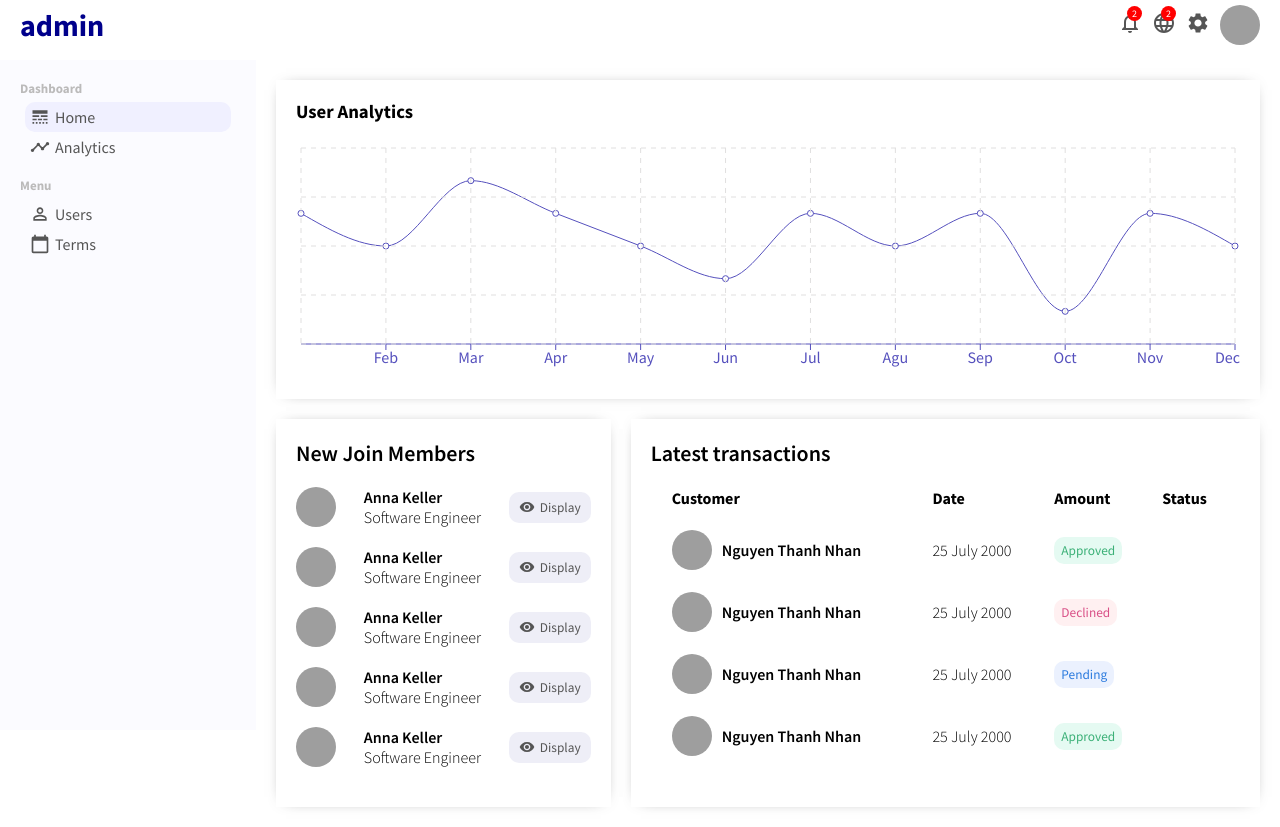
Repository: NguyenThanhNhan2507/PageQA
Page: /
An editor plug-in stored every save of this project. The page is shown before and after the next save, followed by the edit.
The browser window is 1280 px wide. The pictures show the whole page.
Pictures or frames that could not be fetched are drawn as grey boxes. The project was rebuilt for these pictures with package versions that can differ from the ones it lists, and the page was loaded fresh each time. Also part of the build but not shown: src/pages/userList/userList.css, src/pages/userList/UserList.jsx, src/pages/user/user.css, src/pages/user/User.jsx, src/pages/newUser/newUser.css, src/pages/newUser/NewUser.jsx, src/pages/productList/productList.css, src/pages/productList/ProductList.jsx and 4 more.

Above is the page before, as saved 2022-03-29 16:03:21.

### src/components/sidebar/Sidebar.jsx
import "./sidebar.css";
import {
  LineStyle,
  Timeline,
  PermIdentity,
  CalendarToday
} from "@material-ui/icons";
import { Link } from "react-router-dom";
export default function Sidebar() {
  return (
    <div className="sidebar">
      <div className="sidebarWrapper">
        <div className="sidebarMenu">
          <h3 className="sidebarTitle">Dashboard</h3>
          <ul className="sidebarList">
            <Link to="/" className="link">
            <li className="sidebarListItem active">
              <LineStyle className="sidebarIcon" />
              Home
            </li>
            </Link>
            <li className="sidebarListItem">
              <Timeline className="sidebarIcon" />
              Analytics
            </li>
          </ul>
        </div>
        <div className="sidebarMenu">
          <h3 className="sidebarTitle"> Menu</h3>
          <ul className="sidebarList">
            <Link to="/users" className="link">
              <li className="sidebarListItem">
                <PermIdentity className="sidebarIcon" />
                Users
              </li>
            </Link>
            <Link to="/products" className="link">
              <li className="sidebarListItem">
                <CalendarToday className="sidebarIcon" />
                Terms
              </li>
            </Link>
          </ul>
        </div>
      </div>
    </div>
  );
}

### src/components/topbar/Topbar.jsx
import React from "react";
import "./topbar.css";
import { NotificationsNone, Language, Settings } from "@material-ui/icons";

export default function Topbar() {
  return (
    <div className="topbar">
      <div className="topbarWrapper">
        <div className="topLeft">
          <span className="logo">admin</span>
        </div>
        <div className="topRight">
          <div className="topbarIconContainer">
            <NotificationsNone />
            <span className="topIconBadge">2</span>
          </div>
          <div className="topbarIconContainer">
            <Language />
            <span className="topIconBadge">2</span>
          </div>
          <div className="topbarIconContainer">
            <Settings />
          </div>
          <img src="https://images.pexels.com/photos/1526814/pexels-photo-1526814.jpeg?auto=compress&cs=tinysrgb&dpr=2&w=500" alt="" className="topAvatar" />
        </div>
      </div>
    </div>
  );
}

### src/pages/home/Home.jsx
import Chart from "../../components/chart/Chart";
import "./home.css";
import { userData } from "../../dummyData";
import WidgetSm from "../../components/widgetSm/WidgetSm";
import WidgetLg from "../../components/widgetLg/WidgetLg";

export default function Home() {
  return (
    <div className="home">
      <Chart data={userData} title="User Analytics" grid dataKey="Active User"/>
      <div className="homeWidgets">
        <WidgetSm/>
        <WidgetLg/>
      </div>
    </div>
  );
}

### src/components/topbar/topbar.css
.topbar {
  width: 100%;
  height: 50px;
  background-color: white;
  position: sticky;
  top: 0;
  z-index: 999;
}

.topbarWrapper {
  height: 100%;
  padding: 0px 20px;
  display: flex;
  align-items: center;
  justify-content: space-between;
}

.logo {
  font-weight: bold;
  font-size: 30px;
  color: darkblue;
  cursor: pointer;
}

.topRight{
    display: flex;
    align-items: center;
}

.topbarIconContainer {
  position: relative;
  cursor: pointer;
  margin-right: 10px;
  color: #555;
}

.topIconBadge{
    width: 15px;
    height: 15px;
    position: absolute;
    top: -5px;
    right: 0px;
    background-color: red;
    color: white;
    border-radius: 50%;
    display: flex;
    align-items: center;
    justify-content: center;
    font-size: 10px;
}

.topAvatar{
    width: 40px;
    height: 40px;
    border-radius: 50%;
    cursor: pointer;
}

### src/dummyData.js
export const userData = [
    {
      name: "Jan",
      "Active User": 4000,
    },
    {
      name: "Feb",
      "Active User": 3000,
    },
    {
      name: "Mar",
      "Active User": 5000,
    },
    {
      name: "Apr",
      "Active User": 4000,
    },
    {
      name: "May",
      "Active User": 3000,
    },
    {
      name: "Jun",
      "Active User": 2000,
    },
    {
      name: "Jul",
      "Active User": 4000,
    },
    {
      name: "Agu",
      "Active User": 3000,
    },
    {
      name: "Sep",
      "Active User": 4000,
    },
    {
      name: "Oct",
      "Active User": 1000,
    },
    {
      name: "Nov",
      "Active User": 4000,
    },
    {
      name: "Dec",
      "Active User": 3000,
    },
  ];

  export const productData = [
    {
      name: "Jan",
      "Sales": 4000,
    },
    {
      name: "Feb",
      "Sales": 3000,
    },
    {
      name: "Mar",
      "Sales": 5000,
    },
  ];

  export const userRows = [
    {
      id: 1,
      username: "Nguyen Thanh Nhan",
      avatar:
        "https://images.pexels.com/photos/1152994/pexels-photo-1152994.jpeg?auto=compress&cs=tinysrgb&dpr=2&w=500",
      email: "jon@gmail.com",
      status: "active",
      transaction: "$120.00",
    },
    {
      id: 2,
      username: "Nguyen Thanh Nhan",
      avatar:
        "https://images.pexels.com/photos/1152994/pexels-photo-1152994.jpeg?auto=compress&cs=tinysrgb&dpr=2&w=500",
      email: "jon@gmail.com",
      status: "active",
      transaction: "$120.00",
    },
    {
      id: 3,
      username: "Jon Snow",
      avatar:
        "https://images.pexels.com/photos/1152994/pexels-photo-1152994.jpeg?auto=compress&cs=tinysrgb&dpr=2&w=500",
      email: "jon@gmail.com",
      status: "active",
      transaction: "$120.00",
    },
    {
      id: 4,
      username: "Jon Snow",
      avatar:
        "https://images.pexels.com/photos/1152994/pexels-photo-1152994.jpeg?auto=compress&cs=tinysrgb&dpr=2&w=500",
      email: "jon@gmail.com",
      status: "active",
      transaction: "$120.00",
    },
    {
      id: 5,
      username: "Jon Snow",
      avatar:
        "https://images.pexels.com/photos/1152994/pexels-photo-1152994.jpeg?auto=compress&cs=tinysrgb&dpr=2&w=500",
      email: "jon@gmail.com",
      status: "active",
      transaction: "$120.00",
    },
    {
      id: 6,
      username: "Jon Snow",
      avatar:
        "https://images.pexels.com/photos/1152994/pexels-photo-1152994.jpeg?auto=compress&cs=tinysrgb&dpr=2&w=500",
      email: "jon@gmail.com",
      status: "active",
      transaction: "$120.00",
    },
    {
      id: 7,
      username: "Nguyen Thanh Nhan",
      avatar:
        "https://images.pexels.com/photos/1152994/pexels-photo-1152994.jpeg?auto=compress&cs=tinysrgb&dpr=2&w=500",
      email: "jon@gmail.com",
      status: "active",
      transaction: "$120.00",
    },
    {
      id: 8,
      username: "Nguyen Thanh Nhan",
      avatar:
        "https://images.pexels.com/photos/1152994/pexels-photo-1152994.jpeg?auto=compress&cs=tinysrgb&dpr=2&w=500",
      email: "jon@gmail.com",
      status: "active",
      transaction: "$120.00",
    },
    {
      id: 9,
      username: "Jon Snow",
      avatar:
        "https://images.pexels.com/photos/1152994/pexels-photo-1152994.jpeg?auto=compress&cs=tinysrgb&dpr=2&w=500",
      email: "jon@gmail.com",
      status: "active",
      transaction: "$120.00",
    },
    {
      id: 10,
      username: "Jon Snow",
      avatar:
        "https://images.pexels.com/photos/1152994/pexels-photo-1152994.jpeg?auto=compress&cs=tinysrgb&dpr=2&w=500",
      email: "jon@gmail.com",
      status: "active",
      transaction: "$120.00",
    },
  ];

  export const productRows = [
    {
      id: 1,
      name: "Apple Airpods",
      img:
        "https://images.pexels.com/photos/7156886/pexels-photo-7156886.jpeg?auto=compress&cs=tinysrgb&dpr=2&w=500",
      stock: 123,
      status: "active",
      price: "$120.00",
    },
    {
      id: 2,
      name: "Apple Airpods",
      img:
        "https://images.pexels.com/photos/7156886/pexels-photo-7156886.jpeg?auto=compress&cs=tinysrgb&dpr=2&w=500",
      stock: 123,
      status: "active",
      price: "$120.00",
    },
    {
      id: 3,
      name: "Apple Airpods",
      img:
        "https://images.pexels.com/photos/7156886/pexels-photo-7156886.jpeg?auto=compress&cs=tinysrgb&dpr=2&w=500",
      stock: 123,
      status: "active",
      price: "$120.00",
    },
    {
      id: 4,
      name: "Apple Airpods",
      img:
        "https://images.pexels.com/photos/7156886/pexels-photo-7156886.jpeg?auto=compress&cs=tinysrgb&dpr=2&w=500",
      stock: 123,
      status: "active",
      price: "$120.00",
    },
    {
      id: 5,
      name: "Apple Airpods",
      img:
        "https://images.pexels.com/photos/7156886/pexels-photo-7156886.jpeg?auto=compress&cs=tinysrgb&dpr=2&w=500",
      stock: 123,
      status: "active",
      price: "$120.00",
    },
    {
      id: 6,
      name: "Apple Airpods",
      img:
        "https://images.pexels.com/photos/7156886/pexels-photo-7156886.jpeg?auto=compress&cs=tinysrgb&dpr=2&w=500",
      stock: 123,
      status: "active",
      price: "$120.00",
    },
    {
      id: 7,
      name: "Apple Airpods",
      img:
        "https://images.pexels.com/photos/7156886/pexels-photo-7156886.jpeg?auto=compress&cs=tinysrgb&dpr=2&w=500",
      stock: 123,
      status: "active",
      price: "$120.00",
    },
    {
      id: 8,
      name: "Apple Airpods",
      img:
        "https://images.pexels.com/photos/7156886/pexels-photo-7156886.jpeg?auto=compress&cs=tinysrgb&dpr=2&w=500",
      stock: 123,
      status: "active",
      price: "$120.00",
    },
    {
      id: 9,
      name: "Apple Airpods",
      img:
        "https://images.pexels.com/photos/7156886/pexels-photo-7156886.jpeg?auto=compress&cs=tinysrgb&dpr=2&w=500",
      stock: 123,
      status: "active",
      price: "$120.00",
    },
    {
      id: 10,
      name: "Apple Airpods",
      img:
        "https://images.pexels.com/photos/7156886/pexels-photo-7156886.jpeg?auto=compress&cs=tinysrgb&dpr=2&w=500",
      stock: 123,
      status: "active",
      price: "$120.00",
    },
  ];

### src/components/widgetSm/WidgetSm.jsx
import "./widgetSm.css";
import { Visibility } from "@material-ui/icons";

export default function WidgetSm() {
  return (
    <div className="widgetSm">
      <span className="widgetSmTitle">New Join Members</span>
      <ul className="widgetSmList">
        <li className="widgetSmListItem">
          <img
            src="https://images.pexels.com/photos/3992656/pexels-photo-3992656.png?auto=compress&cs=tinysrgb&dpr=2&w=500"
            alt=""
            className="widgetSmImg"
          />
          <div className="widgetSmUser">
            <span className="widgetSmUsername">Anna Keller</span>
            <span className="widgetSmUserTitle">Software Engineer</span>
          </div>
          <button className="widgetSmButton">
            <Visibility className="widgetSmIcon" />
            Display
          </button>
        </li>
        <li className="widgetSmListItem">
          <img
            src="https://images.pexels.com/photos/3992656/pexels-photo-3992656.png?auto=compress&cs=tinysrgb&dpr=2&w=500"
            alt=""
            className="widgetSmImg"
          />
          <div className="widgetSmUser">
            <span className="widgetSmUsername">Anna Keller</span>
            <span className="widgetSmUserTitle">Software Engineer</span>
          </div>
          <button className="widgetSmButton">
            <Visibility className="widgetSmIcon" />
            Display
          </button>
        </li>
        <li className="widgetSmListItem">
          <img
            src="https://images.pexels.com/photos/3992656/pexels-photo-3992656.png?auto=compress&cs=tinysrgb&dpr=2&w=500"
            alt=""
            className="widgetSmImg"
          />
          <div className="widgetSmUser">
            <span className="widgetSmUsername">Anna Keller</span>
            <span className="widgetSmUserTitle">Software Engineer</span>
          </div>
          <button className="widgetSmButton">
            <Visibility className="widgetSmIcon" />
            Display
          </button>
        </li>
        <li className="widgetSmListItem">
          <img
            src="https://images.pexels.com/photos/3992656/pexels-photo-3992656.png?auto=compress&cs=tinysrgb&dpr=2&w=500"
            alt=""
            className="widgetSmImg"
          />
          <div className="widgetSmUser">
            <span className="widgetSmUsername">Anna Keller</span>
            <span className="widgetSmUserTitle">Software Engineer</span>
          </div>
          <button className="widgetSmButton">
            <Visibility className="widgetSmIcon" />
            Display
          </button>
        </li>
        <li className="widgetSmListItem">
          <img
            src="https://images.pexels.com/photos/3992656/pexels-photo-3992656.png?auto=compress&cs=tinysrgb&dpr=2&w=500"
            alt=""
            className="widgetSmImg"
          />
          <div className="widgetSmUser">
            <span className="widgetSmUsername">Anna Keller</span>
            <span className="widgetSmUserTitle">Software Engineer</span>
          </div>
          <button className="widgetSmButton">
            <Visibility className="widgetSmIcon" />
            Display
          </button>
        </li>
      </ul>
    </div>
  );
}

### src/components/widgetLg/WidgetLg.jsx
import "./widgetLg.css";

export default function WidgetLg() {
  const Button = ({ type }) => {
    return <button className={"widgetLgButton " + type}>{type}</button>;
  };
  return (
    <div className="widgetLg">
      <h3 className="widgetLgTitle">Latest transactions</h3>
      <table className="widgetLgTable">
        <tr className="widgetLgTr">
          <th className="widgetLgTh">Customer</th>
          <th className="widgetLgTh">Date</th>
          <th className="widgetLgTh">Amount</th>
          <th className="widgetLgTh">Status</th>
        </tr>
        <tr className="widgetLgTr">
          <td className="widgetLgUser">
            <img
              src="https://images.pexels.com/photos/4172933/pexels-photo-4172933.jpeg?auto=compress&cs=tinysrgb&dpr=2&h=650&w=940"
              alt=""
              className="widgetLgImg"
            />
            <span className="widgetLgName">Nguyen Thanh Nhan</span>
          </td>
          <td className="widgetLgDate">25 July 2000</td>
          <td className="widgetLgStatus">
            <Button type="Approved" />
          </td>
        </tr>
        <tr className="widgetLgTr">
          <td className="widgetLgUser">
            <img
              src="https://images.pexels.com/photos/4172933/pexels-photo-4172933.jpeg?auto=compress&cs=tinysrgb&dpr=2&h=650&w=940"
              alt=""
              className="widgetLgImg"
            />
            <span className="widgetLgName">Nguyen Thanh Nhan</span>
          </td>
          <td className="widgetLgDate">25 July 2000</td>
          <td className="widgetLgStatus">
            <Button type="Declined" />
          </td>
        </tr>
        <tr className="widgetLgTr">
          <td className="widgetLgUser">
            <img
              src="https://images.pexels.com/photos/4172933/pexels-photo-4172933.jpeg?auto=compress&cs=tinysrgb&dpr=2&h=650&w=940"
              alt=""
              className="widgetLgImg"
            />
            <span className="widgetLgName">Nguyen Thanh Nhan</span>
          </td>
          <td className="widgetLgDate">25 July 2000</td>
          <td className="widgetLgStatus">
            <Button type="Pending" />
          </td>
        </tr>
        <tr className="widgetLgTr">
          <td className="widgetLgUser">
            <img
              src="https://images.pexels.com/photos/4172933/pexels-photo-4172933.jpeg?auto=compress&cs=tinysrgb&dpr=2&h=650&w=940"
              alt=""
              className="widgetLgImg"
            />
            <span className="widgetLgName">Nguyen Thanh Nhan</span>
          </td>
          <td className="widgetLgDate">25 July 2000</td>
          <td className="widgetLgStatus">
            <Button type="Approved" />
          </td>
        </tr>
      </table>
    </div>
  );
}

### src/components/widgetSm/widgetSm.css
.widgetSm{
    flex: 1;
    -webkit-box-shadow: 0px 0px 15px -10px rgba(0, 0, 0, 0.75);
    box-shadow: 0px 0px 15px -10px rgba(0, 0, 0, 0.75);
    padding: 20px;
    margin-right: 20px;
}

.widgetSmTitle{
    font-size: 22px;
    font-weight: 600;
}

.widgetSmImg{
    width: 40px;
    height: 40px;
    border-radius: 50%;
    object-fit: cover;
}

.widgetSmList{
    margin: 0;
    padding: 0;
    list-style: none;
}

.widgetSmListItem{
    display: flex;
    align-items: center;
    justify-content: space-between;
    margin: 20px 0px;
}

.widgetSmUser{
    display: flex;
    flex-direction: column;
}

.widgetSmUsername{
    font-weight: 600;
}

.widgetSmUserTitle{
    font-weight: 300;
}

.widgetSmButton{
    display: flex;
    align-items: center;
    border: none;
    border-radius: 10px;
    padding: 7px 10px;
    background-color: #eeeef7;
    color: #555;
    cursor: pointer;
}

.widgetSmIcon{
    font-size: 16px !important;
    margin-right: 5px;
}

### src/components/widgetLg/widgetLg.css
.widgetLg {
  flex: 2;
  -webkit-box-shadow: 0px 0px 15px -10px rgba(0, 0, 0, 0.75);
  box-shadow: 0px 0px 15px -10px rgba(0, 0, 0, 0.75);
  padding: 20px;
}

.widgetLgTitle {
  font-size: 22px;
  font-weight: 600;
}

.widgetLgTable{
  width: 100%;
  border-spacing: 20px;
}

.widgetLgTh{
  text-align: left;
}

.widgetLgUser{
  display: flex;
  align-items: center;
  font-weight: 600;
}

.widgetLgImg {
  width: 40px;
  height: 40px;
  border-radius: 50%;
  object-fit: cover;
  margin-right: 10px;
}

.widgetLgDate,.widgetLgAmount{
  font-weight: 300;
}

.widgetLgButton {
  padding: 5px 7px;
  border: none;
  border-radius: 10px;
}

.widgetLgButton.Approved{
    background-color: #e5faf2;
    color: #3bb077;
}
.widgetLgButton.Declined{
    background-color: #fff0f1;
    color: #d95087;

}
.widgetLgButton.Pending{
    background-color: #ebf1fe;
    color: #2a7ade;

}

Loaded but not shown: public/index.html (common file); src/index.js (common file); src/App.js (common file); src/App.css (common file); src/components/sidebar/sidebar.css (common file); src/components/chart/Chart.jsx (common file); src/pages/home/home.css (common file); src/components/chart/chart.css (common file)

After the next save:
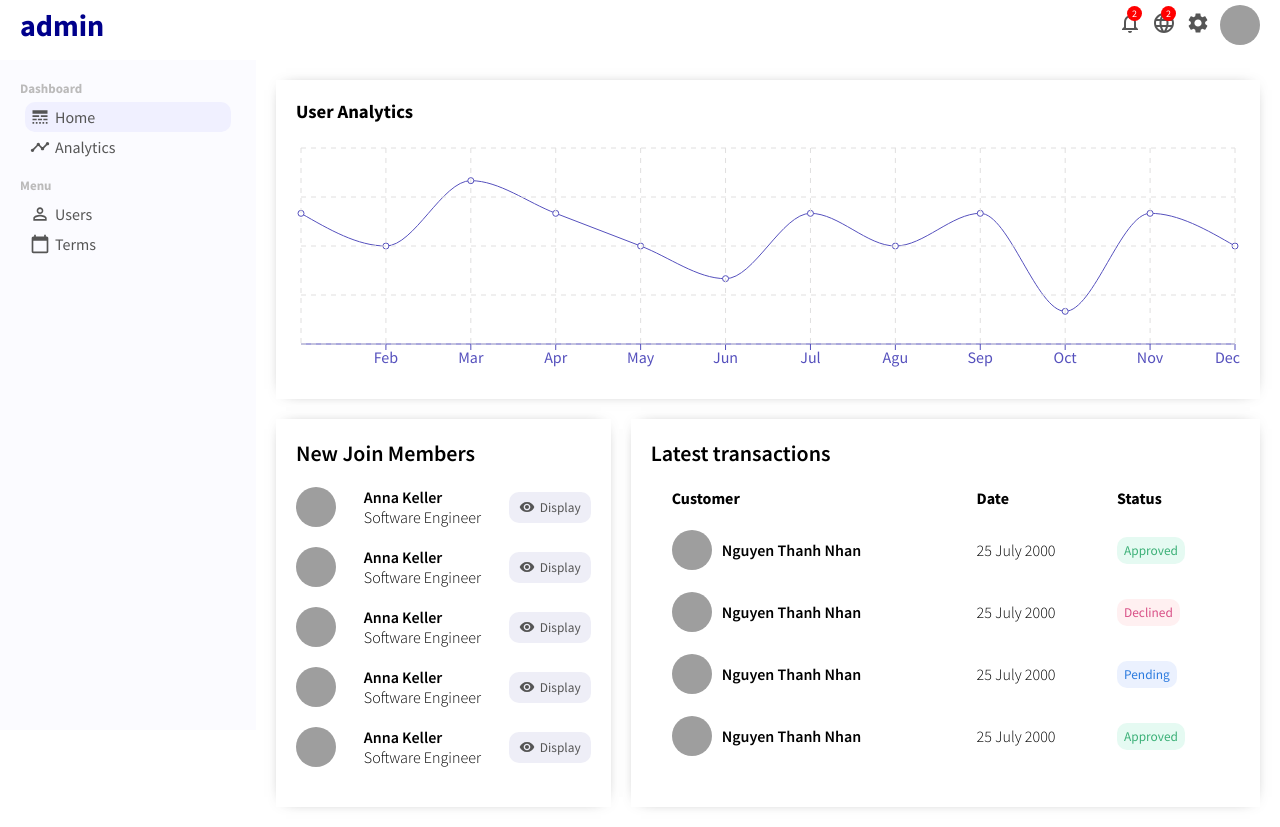
Saved 19 s later.
--- a/src/components/widgetLg/WidgetLg.jsx
+++ b/src/components/widgetLg/WidgetLg.jsx
@@ -11,7 +11,6 @@ export default function WidgetLg() {
         <tr className="widgetLgTr">
           <th className="widgetLgTh">Customer</th>
           <th className="widgetLgTh">Date</th>
-          <th className="widgetLgTh">Amount</th>
           <th className="widgetLgTh">Status</th>
         </tr>
         <tr className="widgetLgTr">
